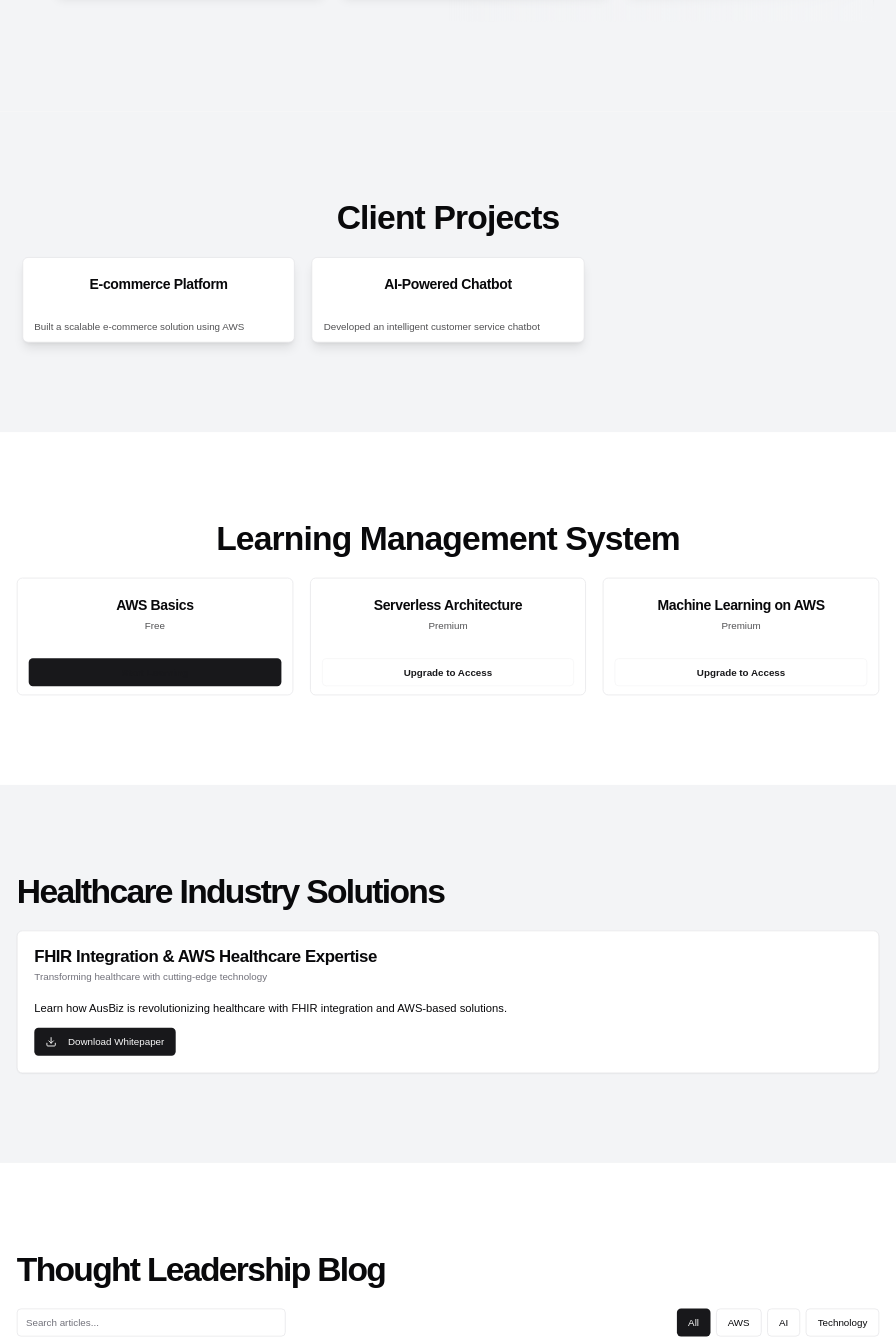
Repository: DiwanMalla/ausbizdemo1
Page: /
The author's editor kept a copy of each file at every save. The page is drawn from the files as they stood at one save, then again after the next save.
The browser window is 1280 px wide. The pictures show the part of the page from y = 1896 to 3816 px (the page is 5749 px tall), at 70% of full size.
The project was rebuilt for these pictures with package versions that can differ from the ones it lists, and the page was loaded fresh each time. The framework's server and built-in components were replaced by stand-ins that run in the browser. Also part of the build but not shown: next.config.ts.

Above is the page before, as saved 2024-11-09 18:46:49.

### components/ui/button.tsx
import * as React from "react"
import { Slot } from "@radix-ui/react-slot"
import { cva, type VariantProps } from "class-variance-authority"

import { cn } from "@/lib/utils"

const buttonVariants = cva(
  "inline-flex items-center justify-center gap-2 whitespace-nowrap rounded-md text-sm font-medium ring-offset-background transition-colors focus-visible:outline-none focus-visible:ring-2 focus-visible:ring-ring focus-visible:ring-offset-2 disabled:pointer-events-none disabled:opacity-50 [&_svg]:pointer-events-none [&_svg]:size-4 [&_svg]:shrink-0",
  {
    variants: {
      variant: {
        default: "bg-primary text-primary-foreground hover:bg-primary/90",
        destructive:
          "bg-destructive text-destructive-foreground hover:bg-destructive/90",
        outline:
          "border border-input bg-background hover:bg-accent hover:text-accent-foreground",
        secondary:
          "bg-secondary text-secondary-foreground hover:bg-secondary/80",
        ghost: "hover:bg-accent hover:text-accent-foreground",
        link: "text-primary underline-offset-4 hover:underline",
      },
      size: {
        default: "h-10 px-4 py-2",
        sm: "h-9 rounded-md px-3",
        lg: "h-11 rounded-md px-8",
        icon: "h-10 w-10",
      },
    },
    defaultVariants: {
      variant: "default",
      size: "default",
    },
  }
)

export interface ButtonProps
  extends React.ButtonHTMLAttributes<HTMLButtonElement>,
    VariantProps<typeof buttonVariants> {
  asChild?: boolean
}

const Button = React.forwardRef<HTMLButtonElement, ButtonProps>(
  ({ className, variant, size, asChild = false, ...props }, ref) => {
    const Comp = asChild ? Slot : "button"
    return (
      <Comp
        className={cn(buttonVariants({ variant, size, className }))}
        ref={ref}
        {...props}
      />
    )
  }
)
Button.displayName = "Button"

export { Button, buttonVariants }

### components/HeroSection.tsx
import { Button } from "@/components/ui/button";

export default function HeroSection() {
  return (
    <section className="w-full py-12 md:py-24 lg:py-32 xl:py-48">
      <div className="container px-4 md:px-6">
        <div className="flex flex-col items-center space-y-4 text-center">
          <div className="space-y-2">
            <h1 className="text-3xl font-bold tracking-tighter sm:text-4xl md:text-5xl lg:text-6xl/none">
              Generative AI and AWS Expertise
            </h1>
            <p className="mx-auto max-w-[700px] text-gray-500 md:text-xl dark:text-gray-400">
              Empowering businesses with cutting-edge technology solutions
            </p>
          </div>
          <div className="space-x-4">
            <Button>Contact Us</Button>
            <Button variant="outline">Learn More</Button>
          </div>
        </div>
      </div>
    </section>
  );
}

### components/Services.tsx
import {
  Card,
  CardContent,
  CardDescription,
  CardHeader,
  CardTitle,
} from "@/components/ui/card";
import {
  CloudIcon,
  CodeIcon,
  BrainIcon,
  DatabaseIcon,
  SmartphoneIcon,
} from "lucide-react";

const services = [
  {
    title: "Cloud Solutions",
    description: "Scalable and secure AWS cloud infrastructure",
    icon: CloudIcon,
  },
  {
    title: "Full-Stack Development",
    description: "End-to-end web and mobile app development",
    icon: CodeIcon,
  },
  {
    title: "AI Consulting",
    description: "Leverage AI to transform your business",
    icon: BrainIcon,
  },
  {
    title: "Data Engineering",
    description: "Streamlining your data pipelines and architectures",
    icon: DatabaseIcon,
  },
  {
    title: "Mobile Development",
    description: "Developing mobile apps for iOS and Android",
    icon: SmartphoneIcon,
  },
  // More services added...
];

export default function ServicesCarousel() {
  return (
    <section className="w-full py-12 md:py-24 lg:py-32 bg-gray-100 dark:bg-gray-800">
      <div className="container mx-auto px-6 md:px-8">
        <h2 className="text-3xl font-bold tracking-tight sm:text-4xl md:text-5xl mb-8 text-center text-foreground">
          Our Services
        </h2>
        <div className="relative">
          <div className="flex overflow-x-auto pb-10 hide-scroll-bar scroll-smooth px-6 lg:px-12 space-x-6">
            {services.map((service, index) => (
              <Card
                key={index}
                className="flex-none w-64 sm:w-80 lg:w-96 bg-white shadow-lg rounded-lg transition-all duration-300 transform hover:scale-105 hover:shadow-xl"
              >
                <CardHeader className="flex justify-center items-center p-6">
                  <service.icon className="w-14 h-14 text-indigo-600" />
                </CardHeader>
                <CardContent className="px-4 py-3">
                  <CardTitle className="text-lg font-semibold text-foreground">
                    {service.title}
                  </CardTitle>
                  <CardDescription className="text-sm text-foreground/70">
                    {service.description}
                  </CardDescription>
                </CardContent>
              </Card>
            ))}
          </div>
          <div className="absolute top-0 left-0 right-0 bottom-0 bg-gradient-to-r from-transparent via-transparent to-gray-100 pointer-events-none"></div>
        </div>
      </div>
    </section>
  );
}

### components/ClientProject.tsx
import { useState } from "react";
import {
  Card,
  CardContent,
  CardDescription,
  CardHeader,
  CardTitle,
} from "@/components/ui/card";
import { Button } from "@/components/ui/button";

const projects = [
  {
    title: "E-commerce Platform",
    description: "Built a scalable e-commerce solution using AWS",
    details:
      "Implemented serverless architecture with AWS Lambda and DynamoDB...",
  },
  {
    title: "AI-Powered Chatbot",
    description: "Developed an intelligent customer service chatbot",
    details:
      "Utilized AWS Lex and Amazon Comprehend for natural language processing...",
  },
  // Add more projects...
];

export default function ClientProjects() {
  const [expandedProject, setExpandedProject] = useState(null);

  return (
    <section className="w-full py-12 md:py-24 lg:py-32 bg-gray-100 dark:bg-gray-800">
      <div className="container mx-auto px-6 md:px-8">
        <h2 className="text-3xl font-bold tracking-tight sm:text-4xl md:text-5xl mb-8 text-center text-foreground">
          Client Projects
        </h2>
        <div className="grid gap-6 sm:grid-cols-2 lg:grid-cols-3">
          {projects.map((project, index) => (
            <Card
              key={index}
              className="cursor-pointer rounded-lg bg-white shadow-lg hover:shadow-xl transition-all duration-300 transform hover:scale-105"
              onClick={() => setExpandedProject(index)}
            >
              <CardHeader className="p-6 text-center">
                <CardTitle className="text-xl font-semibold">
                  {project.title}
                </CardTitle>
              </CardHeader>
              <CardContent className="px-4 py-3">
                <CardDescription className="text-sm text-foreground/70">
                  {project.description}
                </CardDescription>
                {expandedProject === index && (
                  <div className="mt-4">
                    <p className="text-sm text-foreground/80">
                      {project.details}
                    </p>
                    <Button
                      className="mt-4 w-full text-white bg-indigo-600 hover:bg-indigo-700 transition-all duration-200"
                      onClick={(e) => {
                        e.stopPropagation();
                        setExpandedProject(null);
                      }}
                    >
                      Close
                    </Button>
                  </div>
                )}
              </CardContent>
            </Card>
          ))}
        </div>
      </div>
    </section>
  );
}

### components/LMS.tsx
import { Button } from "@/components/ui/button";
import {
  Card,
  CardContent,
  CardDescription,
  CardHeader,
  CardTitle,
} from "@/components/ui/card";

const modules = [
  { title: "AWS Basics", free: true },
  { title: "Serverless Architecture", free: false },
  { title: "Machine Learning on AWS", free: false },
  // Add more modules...
];

export default function LMSSection() {
  return (
    <section className="w-full py-12 md:py-24 lg:py-32">
      <div className="container px-4 md:px-6">
        <h2 className="text-3xl font-bold tracking-tight sm:text-4xl md:text-5xl mb-8 text-center text-foreground">
          Learning Management System
        </h2>
        <div className="grid gap-6 sm:grid-cols-2 lg:grid-cols-3">
          {modules.map((module, index) => (
            <Card
              key={index}
              className="cursor-pointer rounded-lg bg-card shadow-card hover:shadow-card-hover transition-all duration-300 transform hover:scale-105"
            >
              <CardHeader className="p-6 text-center">
                <CardTitle className="text-xl font-semibold text-foreground">
                  {module.title}
                </CardTitle>
                <CardDescription className="text-sm text-foreground/70">
                  {module.free ? "Free" : "Premium"}
                </CardDescription>
              </CardHeader>
              <CardContent className="px-4 py-3 flex justify-center">
                <Button
                  variant={module.free ? "default" : "outline"}
                  className={`${
                    module.free
                      ? "bg-primary text-primary-foreground hover:bg-primary/90"
                      : "border-accent text-accent hover:bg-accent/10"
                  } w-full py-2 px-4 text-sm font-semibold text-primary transition-all duration-200`}
                >
                  {module.free ? "Start Learning" : "Upgrade to Access"}
                </Button>
              </CardContent>
            </Card>
          ))}
        </div>
      </div>
    </section>
  );
}

### components/Healthcare.tsx
import {
  Card,
  CardContent,
  CardDescription,
  CardHeader,
  CardTitle,
} from "@/components/ui/card";
import { Button } from "@/components/ui/button";
import { DownloadIcon } from "lucide-react";

export default function IndustryCallouts() {
  return (
    <section className="w-full py-12 md:py-24 lg:py-32 bg-gray-100 dark:bg-gray-800">
      <div className="container px-4 md:px-6">
        <h2 className="text-3xl font-bold tracking-tighter sm:text-4xl md:text-5xl mb-8">
          Healthcare Industry Solutions
        </h2>
        <Card>
          <CardHeader>
            <CardTitle>FHIR Integration & AWS Healthcare Expertise</CardTitle>
            <CardDescription>
              Transforming healthcare with cutting-edge technology
            </CardDescription>
          </CardHeader>
          <CardContent>
            <p className="mb-4">
              Learn how AusBiz is revolutionizing healthcare with FHIR
              integration and AWS-based solutions.
            </p>
            <Button>
              <DownloadIcon className="mr-2 h-4 w-4" /> Download Whitepaper
            </Button>
          </CardContent>
        </Card>
      </div>
    </section>
  );
}

### components/Blog.tsx
import { useState } from "react";
import {
  Card,
  CardContent,
  CardDescription,
  CardHeader,
  CardTitle,
} from "@/components/ui/card";
import { Input } from "@/components/ui/input";
import { Button } from "@/components/ui/button";

const blogPosts = [
  { title: "The Future of AWS", category: "AWS" },
  { title: "AI Trends in 2024", category: "AI" },
  { title: "Serverless Architecture Best Practices", category: "Technology" },
  // Add more blog posts...
];

export default function BlogSection() {
  const [searchTerm, setSearchTerm] = useState("");
  const [selectedCategory, setSelectedCategory] = useState("All");

  const filteredPosts = blogPosts.filter(
    (post) =>
      post.title.toLowerCase().includes(searchTerm.toLowerCase()) &&
      (selectedCategory === "All" || post.category === selectedCategory)
  );

  return (
    <section className="w-full py-12 md:py-24 lg:py-32">
      <div className="container px-4 md:px-6">
        <h2 className="text-3xl font-bold tracking-tighter sm:text-4xl md:text-5xl mb-8">
          Thought Leadership Blog
        </h2>
        <div className="flex justify-between mb-6">
          <Input
            type="search"
            placeholder="Search articles..."
            className="max-w-sm"
            value={searchTerm}
            onChange={(e) => setSearchTerm(e.target.value)}
          />
          <div className="space-x-2">
            {["All", "AWS", "AI", "Technology"].map((category) => (
              <Button
                key={category}
                variant={selectedCategory === category ? "default" : "outline"}
                onClick={() => setSelectedCategory(category)}
              >
                {category}
              </Button>
            ))}
          </div>
        </div>
        <div className="grid gap-6 sm:grid-cols-2 lg:grid-cols-3">
          {filteredPosts.map((post, index) => (
            <Card key={index}>
              <CardHeader>
                <CardTitle>{post.title}</CardTitle>
                <CardDescription>{post.category}</CardDescription>
              </CardHeader>
              <CardContent>
                <Button variant="outline">Read More</Button>
              </CardContent>
            </Card>
          ))}
        </div>
        <div className="mt-8 text-center">
          <Button>Subscribe for Updates</Button>
        </div>
      </div>
    </section>
  );
}

### components/CorporateTraining.tsx
import {
  Card,
  CardContent,
  CardDescription,
  CardHeader,
  CardTitle,
} from "@/components/ui/card";
import { Input } from "@/components/ui/input";
import { Textarea } from "@/components/ui/textarea";
import { Button } from "@/components/ui/button";
import {
  Select,
  SelectContent,
  SelectItem,
  SelectTrigger,
  SelectValue,
} from "@/components/ui/select";

export default function CorporateTraining() {
  return (
    <section className="w-full py-12 md:py-24 lg:py-32 bg-gray-100 dark:bg-gray-800">
      <div className="container px-4 md:px-6">
        <h2 className="text-3xl font-bold tracking-tighter sm:text-4xl md:text-5xl mb-8">
          Corporate Training
        </h2>
        <Card>
          <CardHeader>
            <CardTitle>Request Customized Training</CardTitle>
            <CardDescription>
              Tailor our training programs to your company's needs
            </CardDescription>
          </CardHeader>
          <CardContent>
            <form className="space-y-4">
              <Input placeholder="Company Name" />
              <Input placeholder="Contact Person" />
              <Input type="email" placeholder="Email" />
              <Select>
                <SelectTrigger>
                  <SelectValue placeholder="Training Format" />
                </SelectTrigger>
                <SelectContent>
                  <SelectItem value="in-person">In-Person</SelectItem>
                  <SelectItem value="remote">Remote</SelectItem>
                </SelectContent>
              </Select>
              <Textarea placeholder="Specific Requirements" />
              <Button type="submit">Submit Request</Button>
            </form>
          </CardContent>
        </Card>
      </div>
    </section>
  );
}

### components/Event.tsx
import {
  Card,
  CardContent,
  CardDescription,
  CardHeader,
  CardTitle,
} from "@/components/ui/card";
import { Button } from "@/components/ui/button";
import { CalendarIcon } from "lucide-react";

const events = [
  { title: "Create an AWS Account", date: "2024-06-15", time: "14:00" },
  { title: "First Lambda Function", date: "2024-06-22", time: "15:30" },
  // Add more events...
];

export default function EventSection() {
  return (
    <section className="w-full py-12 md:py-24 lg:py-32">
      <div className="container px-4 md:px-6">
        <h2 className="text-3xl font-bold tracking-tighter sm:text-4xl md:text-5xl mb-8">
          Upcoming Free Sessions
        </h2>
        <div className="grid gap-6 sm:grid-cols-2 lg:grid-cols-3">
          {events.map((event, index) => (
            <Card key={index}>
              <CardHeader>
                <CardTitle>{event.title}</CardTitle>
                <CardDescription>
                  <CalendarIcon className="inline-block mr-2" />
                  {new Date(`${event.date}T${event.time}`).toLocaleString()}
                </CardDescription>
              </CardHeader>
              <CardContent>
                <Button>Register</Button>
              </CardContent>
            </Card>
          ))}
        </div>
      </div>
    </section>
  );
}

### components/Footer.tsx
import { Button } from "@/components/ui/button";
import {
  FacebookIcon,
  TwitterIcon,
  LinkedinIcon,
  MoonIcon,
  SunIcon,
} from "lucide-react";

export default function Footer({ isDarkMode, toggleDarkMode }) {
  return (
    <footer className="w-full py-6 bg-gray-100 dark:bg-gray-800">
      <div className="container px-4 md:px-6">
        <div className="grid gap-8 sm:grid-cols-2 md:grid-cols-4">
          <div>
            <h3 className="text-lg font-semibold mb-2">About AusBiz</h3>
            <p className="text-sm">
              Empowering businesses with cutting-edge technology solutions
            </p>
          </div>
          <div>
            <h3 className="text-lg font-semibold mb-2">Contact</h3>
            <p className="text-sm">info@ausbiz.com</p>
            <p className="text-sm">+1 (555) 123-4567</p>
          </div>
          <div>
            <h3 className="text-lg font-semibold mb-2">Legal</h3>
            <ul className="space-y-1">
              <li>
                <a href="#" className="text-sm hover:underline">
                  Privacy Policy
                </a>
              </li>
              <li>
                <a href="#" className="text-sm hover:underline">
                  Terms of Service
                </a>
              </li>
            </ul>
          </div>
          <div>
            <h3 className="text-lg font-semibold mb-2">Follow Us</h3>
            <div className="flex space-x-4">
              <a href="#" aria-label="Facebook">
                <FacebookIcon className="w-6 h-6" />
              </a>
              <a href="#" aria-label="Twitter">
                <TwitterIcon className="w-6 h-6" />
              </a>
              <a href="#" aria-label="LinkedIn">
                <LinkedinIcon className="w-6 h-6" />
              </a>
            </div>
          </div>
        </div>
        <div className="mt-8 flex justify-between items-center">
          <p className="text-sm">&copy; 2024 AusBiz. All rights reserved.</p>
          <Button variant="outline" size="icon" onClick={toggleDarkMode}>
            {isDarkMode ? (
              <SunIcon className="h-[1.2rem] w-[1.2rem]" />
            ) : (
              <MoonIcon className="h-[1.2rem] w-[1.2rem]" />
            )}
            <span className="sr-only">Toggle theme</span>
          </Button>
        </div>
      </div>
    </footer>
  );
}

### components/ui/card.tsx
import * as React from "react"

import { cn } from "@/lib/utils"

const Card = React.forwardRef<
  HTMLDivElement,
  React.HTMLAttributes<HTMLDivElement>
>(({ className, ...props }, ref) => (
  <div
    ref={ref}
    className={cn(
      "rounded-lg border bg-card text-card-foreground shadow-sm",
      className
    )}
    {...props}
  />
))
Card.displayName = "Card"

const CardHeader = React.forwardRef<
  HTMLDivElement,
  React.HTMLAttributes<HTMLDivElement>
>(({ className, ...props }, ref) => (
  <div
    ref={ref}
    className={cn("flex flex-col space-y-1.5 p-6", className)}
    {...props}
  />
))
CardHeader.displayName = "CardHeader"

const CardTitle = React.forwardRef<
  HTMLDivElement,
  React.HTMLAttributes<HTMLDivElement>
>(({ className, ...props }, ref) => (
  <div
    ref={ref}
    className={cn(
      "text-2xl font-semibold leading-none tracking-tight",
      className
    )}
    {...props}
  />
))
CardTitle.displayName = "CardTitle"

const CardDescription = React.forwardRef<
  HTMLDivElement,
  React.HTMLAttributes<HTMLDivElement>
>(({ className, ...props }, ref) => (
  <div
    ref={ref}
    className={cn("text-sm text-muted-foreground", className)}
    {...props}
  />
))
CardDescription.displayName = "CardDescription"

const CardContent = React.forwardRef<
  HTMLDivElement,
  React.HTMLAttributes<HTMLDivElement>
>(({ className, ...props }, ref) => (
  <div ref={ref} className={cn("p-6 pt-0", className)} {...props} />
))
CardContent.displayName = "CardContent"

const CardFooter = React.forwardRef<
  HTMLDivElement,
  React.HTMLAttributes<HTMLDivElement>
>(({ className, ...props }, ref) => (
  <div
    ref={ref}
    className={cn("flex items-center p-6 pt-0", className)}
    {...props}
  />
))
CardFooter.displayName = "CardFooter"

export { Card, CardHeader, CardFooter, CardTitle, CardDescription, CardContent }

### components/ui/input.tsx
import * as React from "react"

import { cn } from "@/lib/utils"

const Input = React.forwardRef<HTMLInputElement, React.ComponentProps<"input">>(
  ({ className, type, ...props }, ref) => {
    return (
      <input
        type={type}
        className={cn(
          "flex h-10 w-full rounded-md border border-input bg-background px-3 py-2 text-base ring-offset-background file:border-0 file:bg-transparent file:text-sm file:font-medium file:text-foreground placeholder:text-muted-foreground focus-visible:outline-none focus-visible:ring-2 focus-visible:ring-ring focus-visible:ring-offset-2 disabled:cursor-not-allowed disabled:opacity-50 md:text-sm",
          className
        )}
        ref={ref}
        {...props}
      />
    )
  }
)
Input.displayName = "Input"

export { Input }

Loaded but not shown: app/layout.tsx (common file); app/globals.css (common file); lib/utils.ts (common file); components/ui/textarea.tsx (common file); tailwind.config.ts (common file); components/ui/select.tsx (160 lines, source omitted); app/page.tsx (145 lines, source omitted); components/Bootcamp.tsx (108 lines, source omitted)

After the next save:
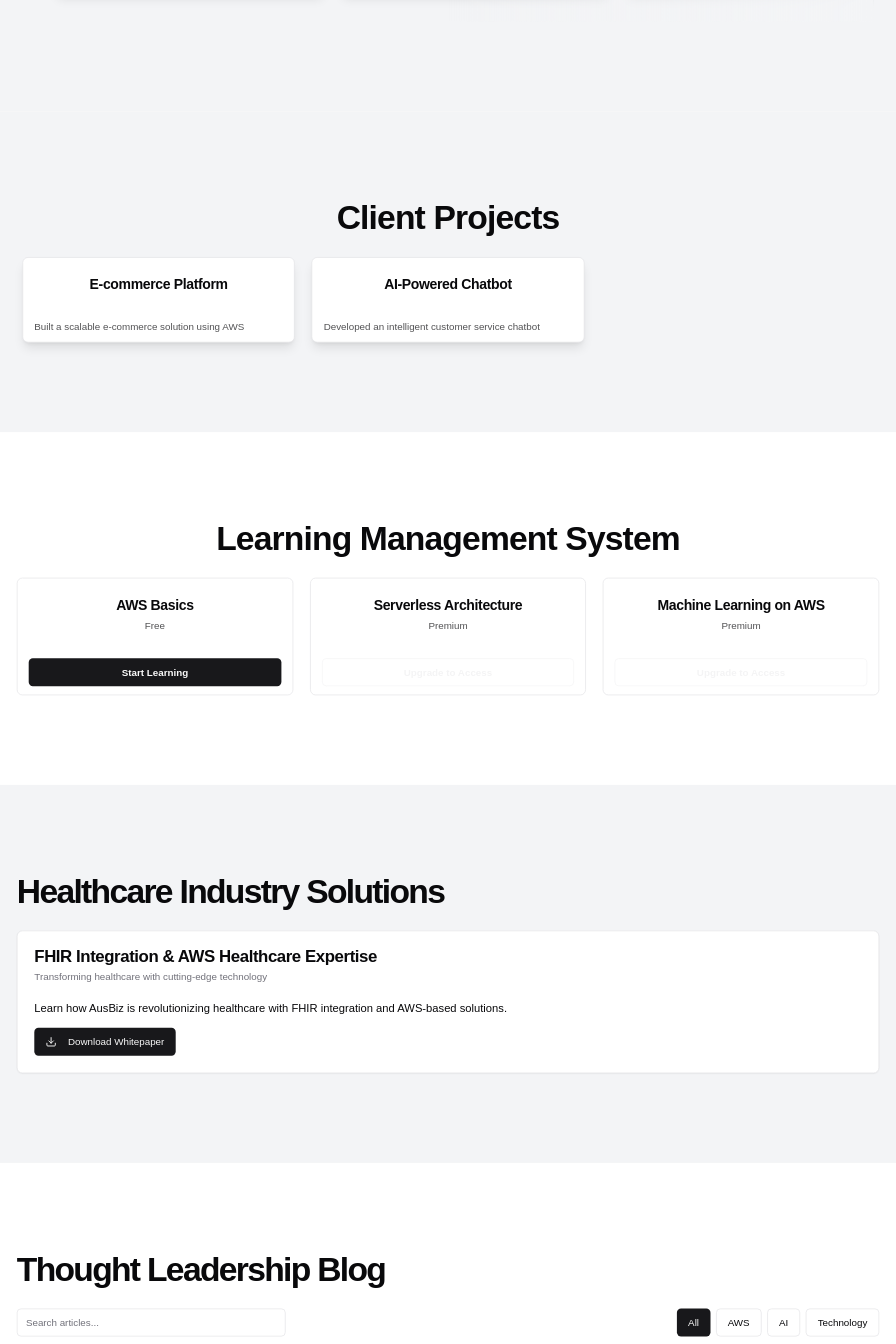
Saved 5 s later.
--- a/components/LMS.tsx
+++ b/components/LMS.tsx
@@ -42,7 +42,7 @@ export default function LMSSection() {
                     module.free
                       ? "bg-primary text-primary-foreground hover:bg-primary/90"
                       : "border-accent text-accent hover:bg-accent/10"
-                  } w-full py-2 px-4 text-sm font-semibold text-primary transition-all duration-200`}
+                  } w-full py-2 px-4 text-sm font-semibold  transition-all duration-200`}
                 >
                   {module.free ? "Start Learning" : "Upgrade to Access"}
                 </Button>
